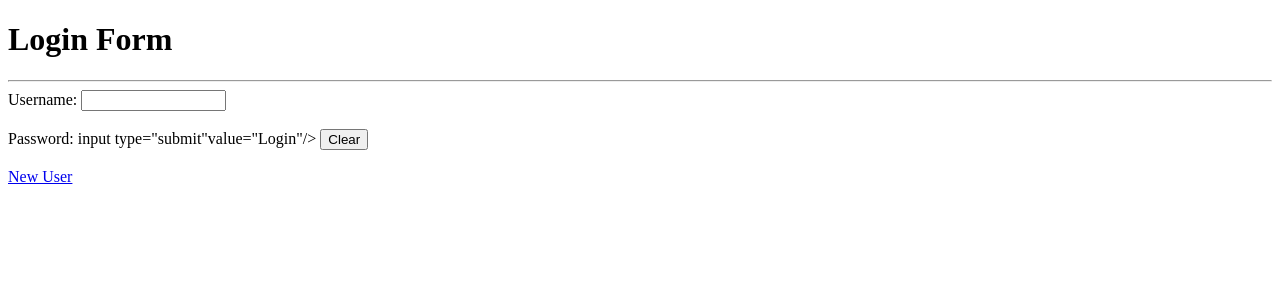
Repository: ManjulavaniSripathi/Day10
Page: LoginApp/WebContent/Login.html
The author's editor kept a copy of each file at every save. The page is drawn from the files as they stood at one save, then again after the next save.
The browser window is 1280 px wide. The pictures show the whole page.

Above is the page before, as saved 2018-09-05 11:53:15.

After the next save:
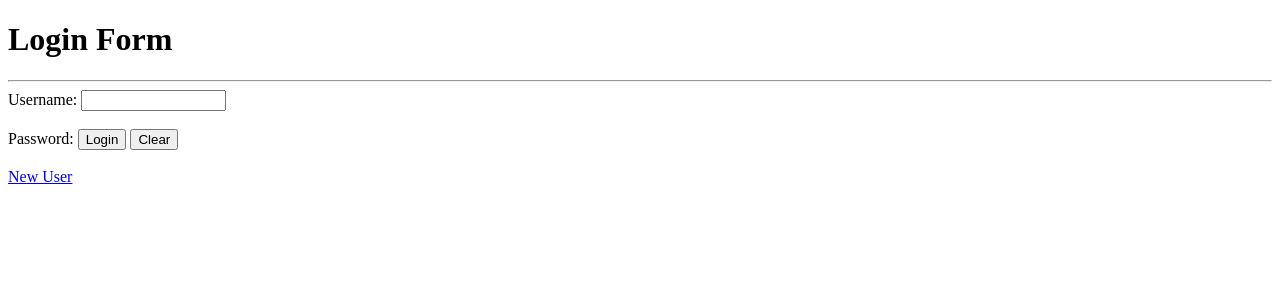
Saved 13 min 48 s later.
--- a/LoginApp/WebContent/Login.html
+++ b/LoginApp/WebContent/Login.html
@@ -12,7 +12,7 @@
 <input type="text" name="username"size="15"/>
 <br><br>
 <label>Password:</label>
-input type="submit"value="Login"/>
+<input type="submit"value="Login"> </input>
 <input type="reset"value="Clear"/>
 <br><br>
 <a href="registration.html">New User</a>
